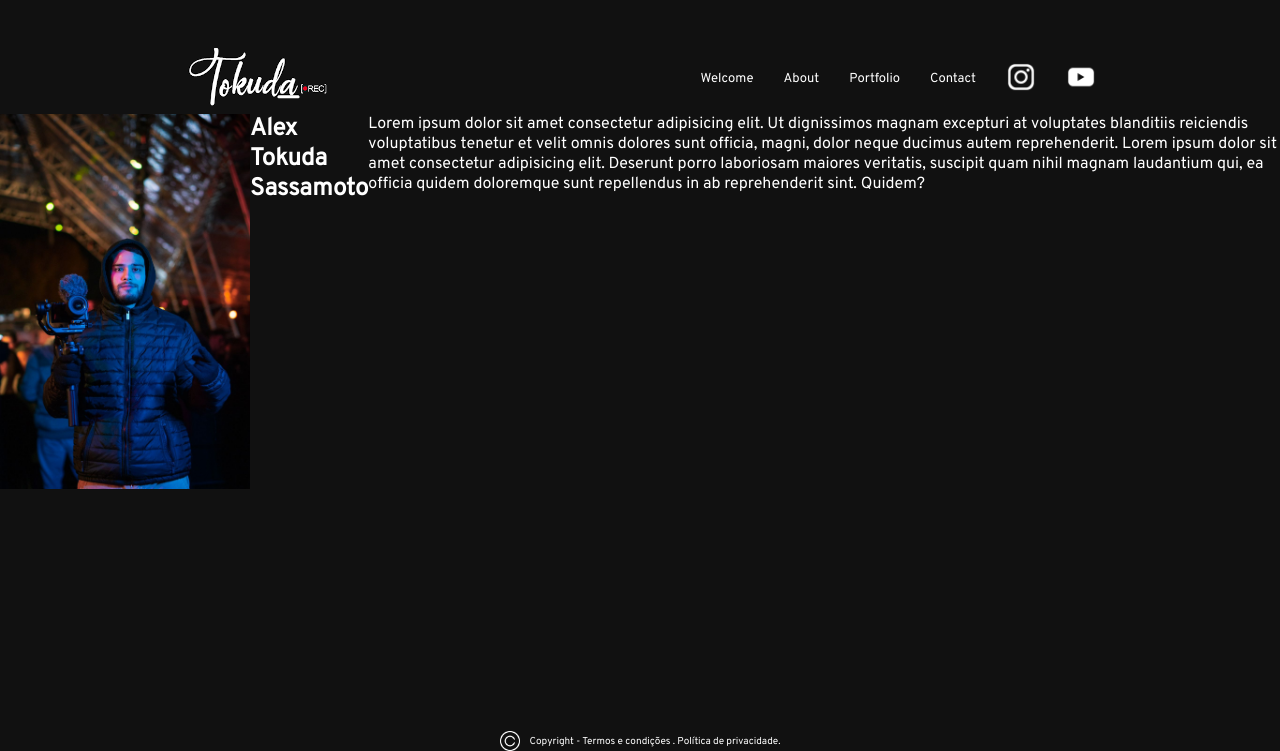
Repository: Lucasbeze/Project-FilmMaker
Page: projeto-alex/pages/about.html
These files come from the project's save history. The page is drawn as it stood at one moment and after the next save; the edit follows.
The browser window is 1280 px wide. The pictures show the whole page.

Above is the page before, as saved 2022-08-25 14:52:17.

### projeto-alex/pages/about.html
<!DOCTYPE html>
<html lang="pt-br">
<head>
  <meta charset="UTF-8">
  <meta http-equiv="X-UA-Compatible" content="IE=edge">
  <meta name="viewport" content="width=device-width, initial-scale=1.0">
  <title>Home</title>
  <link rel="stylesheet" href="/css/about.css">
  <link rel="shortcut icon" href="imagens/faviconlogo.png" type="image/x-icon">
</head>
<body>
  <header>
    <a href="/"><img src="../imagens/logonovo.png" alt="logo-alextokuda"></a>
    <nav>
      <a href="/">Welcome</a>
      <a href="/about">About</a>
      <a href="/portfolio">Portfolio</a>
      <a href="/contact">Contact</a>
      <a href="https://www.instagram.com/" target="_blank"><img src="imagens/instagram.png" alt="icon-instagram"></a>
      <a href="https://www.youtube.com/" target="_blank"><img src="imagens/youtube.png" alt=""></a>
    </nav>
  </header>
  <main>
    <img src="../imagens/photo.jpeg" alt="foto-alextokuda">
    <h1>Alex Tokuda Sassamoto</h1>
    <p>Lorem ipsum dolor sit amet consectetur adipisicing elit. Ut dignissimos magnam excepturi at voluptates blanditiis reiciendis voluptatibus tenetur et velit omnis dolores sunt officia, magni, dolor neque ducimus autem reprehenderit. Lorem ipsum dolor sit amet consectetur adipisicing elit. Deserunt porro laboriosam maiores veritatis, suscipit quam nihil magnam laudantium qui, ea officia quidem doloremque sunt repellendus in ab reprehenderit sint. Quidem?</p>
  </main>
  <footer>
    <img src="../imagens/copyright.png" alt="copyright-icon">
    <p>Copyright - Termos e condições . Política de privacidade. </p>
  </footer>

### projeto-alex/css/about.css
@import url('https://fonts.googleapis.com/css2?family=Overpass&display=swap');

*{
  margin:0;
  padding:0;
  box-sizing:border-box;
}
:root {
  --main-bg-color:#111111;
  --text-color:#FFFFFF;
  --ff-text:'Overpass', sans-serif;
  --color-button: #D9D9D9;
  --color-butttonh:#afafaf ;
  font-size: 62.5%;
}
body{
  background-color:var(--main-bg-color);
  font-family:'Overpass', sans-serif;;
}
header{
  margin-top: 4.4rem;
  display: flex;
  align-items: center;
  justify-content: space-around;

}
header nav{
  font-size: 1.3rem;
  display: flex;
  align-items:center;
  gap: 30px;
}
header nav a {
  text-decoration: none;
  color:var(--text-color);
}
header nav img {
  width: 30px;
}
main{
  font-family: var(--ff-text);
  color: var(--text-color);
  display: flex;
}
main img{
  width: 25rem;
}
main h1 {
  font-size:2.4rem;
}
main p{
  font-size: 1.6rem;
}
footer{
  margin-top:24.2rem ;
  display:flex;
  align-items: center;
  justify-content: center;
  align-content: center;
  gap: 1rem;
  color: var(--text-color);
}
footer img{
  width:20px;
}

After the next save:
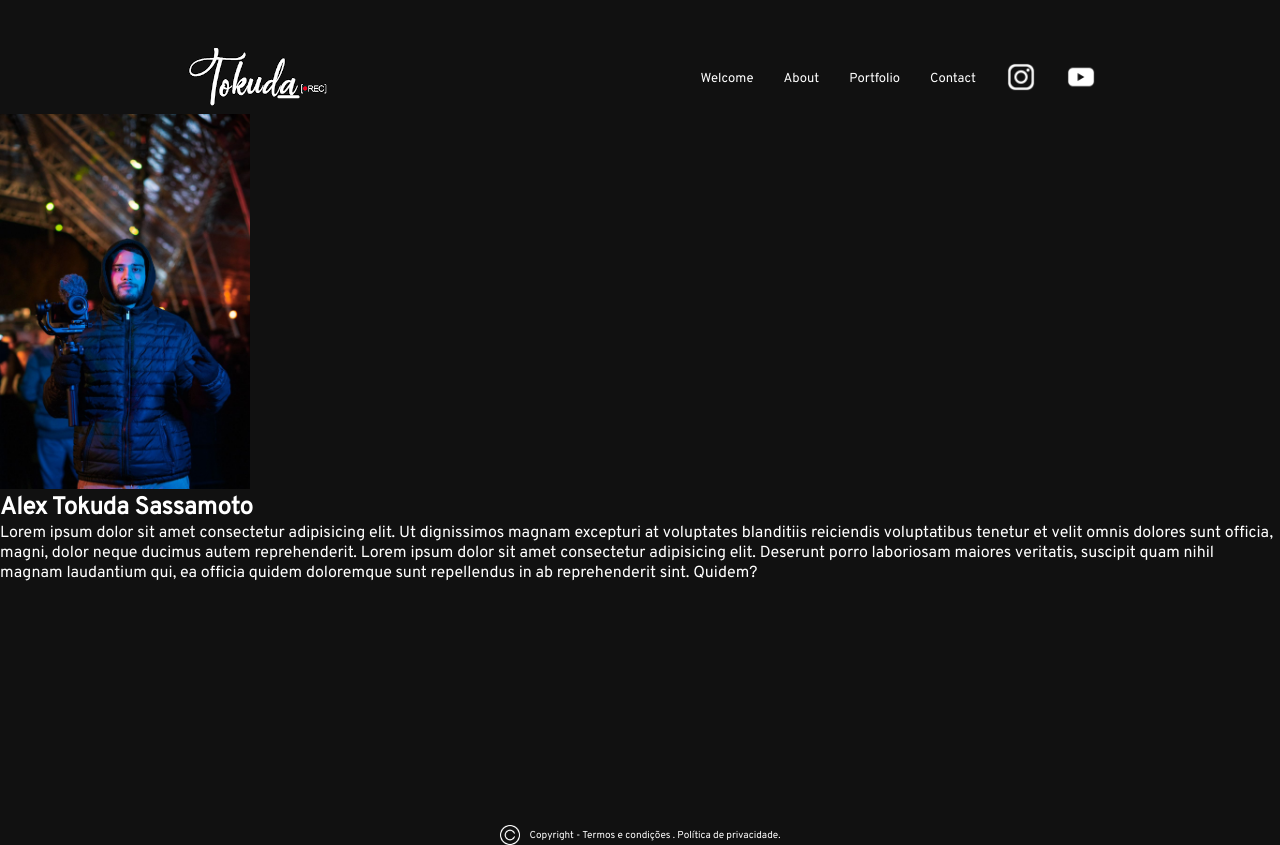
Saved 44 s later.
--- a/projeto-alex/pages/about.html
+++ b/projeto-alex/pages/about.html
@@ -21,9 +21,11 @@
     </nav>
   </header>
   <main>
-    <img src="../imagens/photo.jpeg" alt="foto-alextokuda">
-    <h1>Alex Tokuda Sassamoto</h1>
-    <p>Lorem ipsum dolor sit amet consectetur adipisicing elit. Ut dignissimos magnam excepturi at voluptates blanditiis reiciendis voluptatibus tenetur et velit omnis dolores sunt officia, magni, dolor neque ducimus autem reprehenderit. Lorem ipsum dolor sit amet consectetur adipisicing elit. Deserunt porro laboriosam maiores veritatis, suscipit quam nihil magnam laudantium qui, ea officia quidem doloremque sunt repellendus in ab reprehenderit sint. Quidem?</p>
+    <div>
+      <img src="../imagens/photo.jpeg" alt="foto-alextokuda">
+      <h1>Alex Tokuda Sassamoto</h1>
+      <p>Lorem ipsum dolor sit amet consectetur adipisicing elit. Ut dignissimos magnam excepturi at voluptates blanditiis reiciendis voluptatibus tenetur et velit omnis dolores sunt officia, magni, dolor neque ducimus autem reprehenderit. Lorem ipsum dolor sit amet consectetur adipisicing elit. Deserunt porro laboriosam maiores veritatis, suscipit quam nihil magnam laudantium qui, ea officia quidem doloremque sunt repellendus in ab reprehenderit sint. Quidem?</p>
+    </div>
   </main>
   <footer>
     <img src="../imagens/copyright.png" alt="copyright-icon">

After the 5 saves that followed:
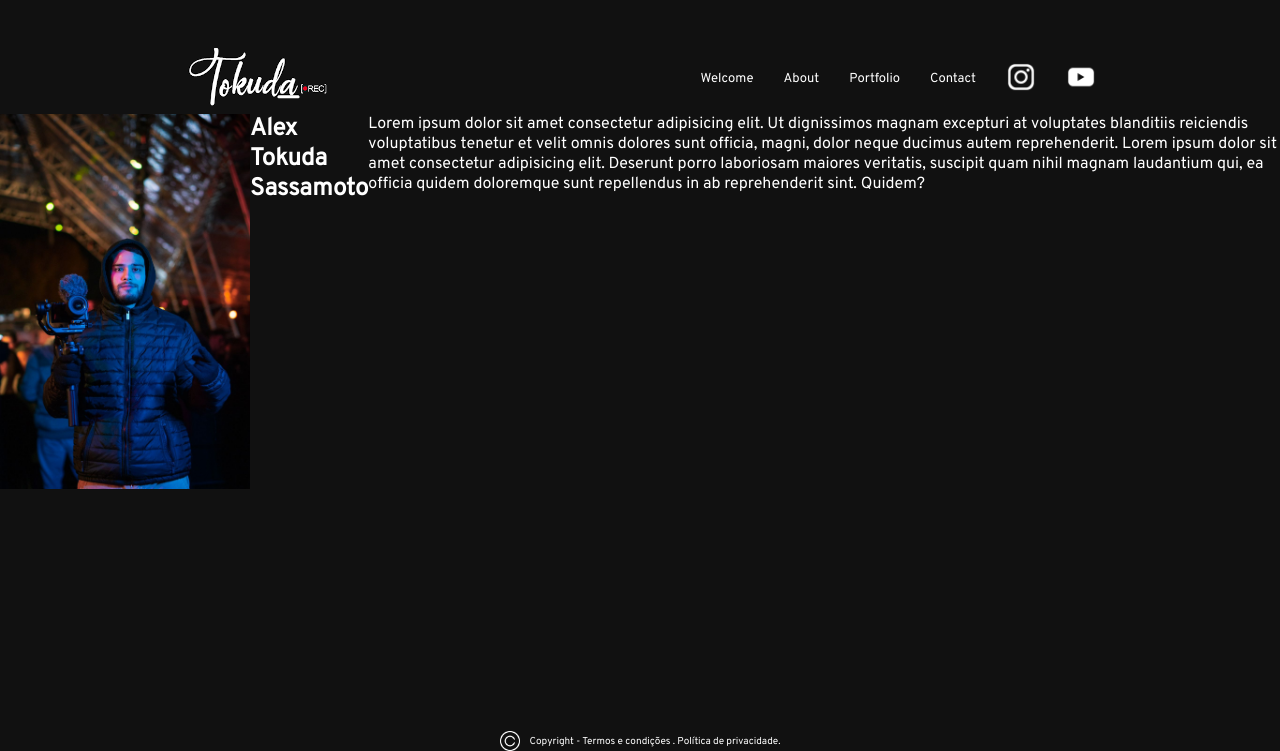
The 5 saves are shown as one change because 4 left the picture as it was.
The last was saved 43 s later.
--- a/projeto-alex/pages/about.html
+++ b/projeto-alex/pages/about.html
@@ -21,7 +21,7 @@
     </nav>
   </header>
   <main>
-    <div>
+    <div class="main-page">
       <img src="../imagens/photo.jpeg" alt="foto-alextokuda">
       <h1>Alex Tokuda Sassamoto</h1>
       <p>Lorem ipsum dolor sit amet consectetur adipisicing elit. Ut dignissimos magnam excepturi at voluptates blanditiis reiciendis voluptatibus tenetur et velit omnis dolores sunt officia, magni, dolor neque ducimus autem reprehenderit. Lorem ipsum dolor sit amet consectetur adipisicing elit. Deserunt porro laboriosam maiores veritatis, suscipit quam nihil magnam laudantium qui, ea officia quidem doloremque sunt repellendus in ab reprehenderit sint. Quidem?</p>
--- a/projeto-alex/css/about.css
+++ b/projeto-alex/css/about.css
@@ -37,10 +37,12 @@
 header nav img {
   width: 30px;
 }
+.main-page {
+  display:flex;
+}
 main{
   font-family: var(--ff-text);
   color: var(--text-color);
-  display: flex;
 }
 main img{
   width: 25rem;
